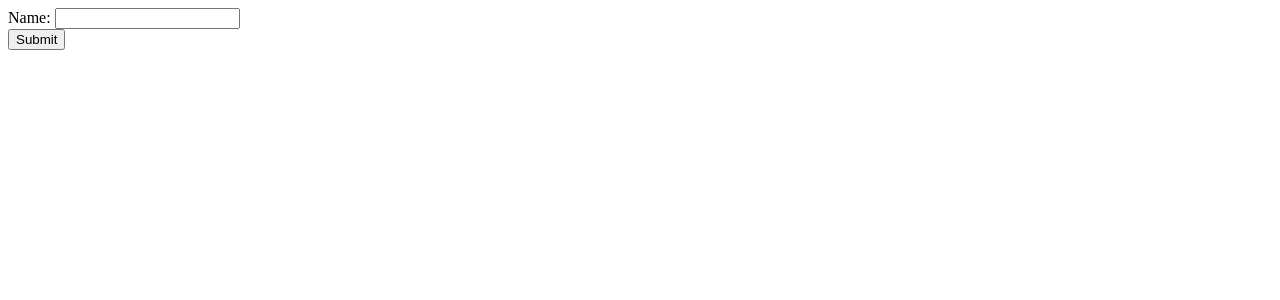
Repository: kua23/springboot
Page: amazon/amazon/src/main/resources/static/index.html
These files come from the project's save history. The page is drawn as it stood at one moment and after the next save; the edit follows.
The browser window is 1280 px wide. The pictures show the whole page.

Above is the page before, as saved 2025-04-14 00:44:35.

### amazon/amazon/src/main/resources/static/index.html
<!DOCTYPE html>
<html>
<head>
<meta charset="UTF-8">
<title>Amazon.com</title>
</head>
<body>
<form action="/customers" method = "POST">
	<label for="message"> Name: </label>
	<input type="text" id="name" name="name"><br>
	<button type="Submit">Submit</button>
</form>
</body>
</html>

After the next save:
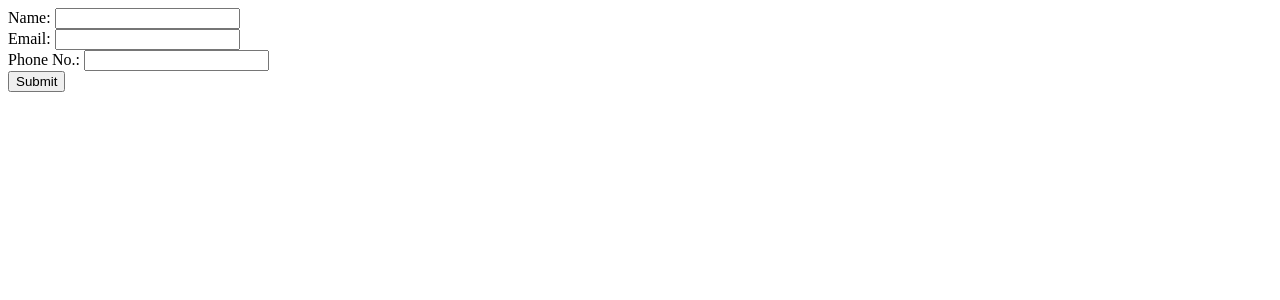
Saved 112 s later.
--- a/amazon/amazon/src/main/resources/static/index.html
+++ b/amazon/amazon/src/main/resources/static/index.html
@@ -8,6 +8,10 @@
 <form action="/customers" method = "POST">
 	<label for="message"> Name: </label>
 	<input type="text" id="name" name="name"><br>
+	<label for="message"> Email: </label>
+	<input type="email" id="email" name="email"><br>
+	<label for="message"> Phone No.: </label>
+	<input type="number" id="phoneNumber" name="phoneNumber"><br>
 	<button type="Submit">Submit</button>
 </form>
 </body>
